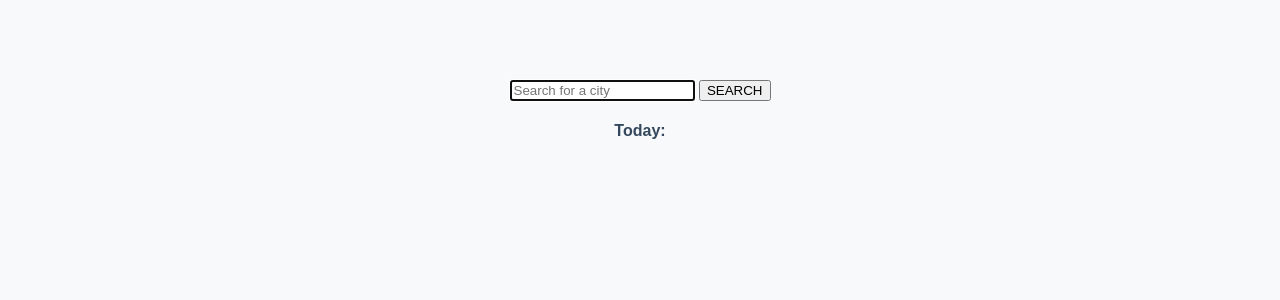
Repository: m0llyc00k/web-advanced
Page: NYC_weather_midterm/index_MC.html
The author's editor kept a record of every edit. The page is drawn from the files as they stood at one moment, then again after the next edit.
The browser window is 1280 px wide. The pictures show the whole page.
Some web fonts or font styles are not loaded; a fallback is used.

Above is the page before.

After the next edit:
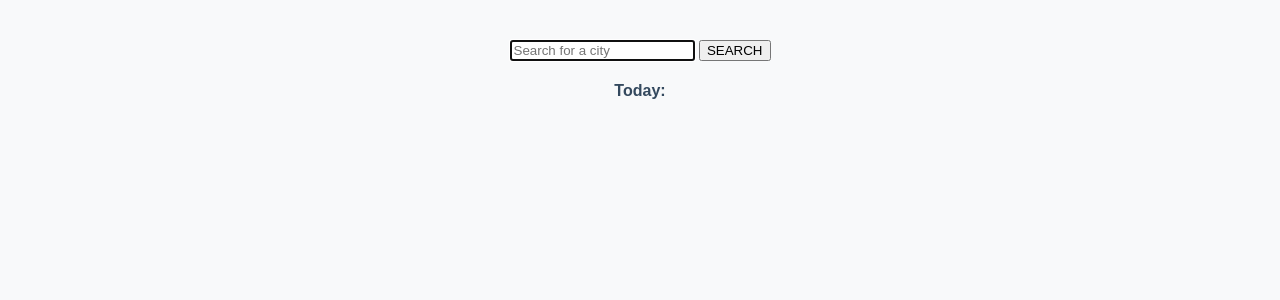
The edit:
--- a/NYC_weather_midterm/index_MC.html
+++ b/NYC_weather_midterm/index_MC.html
@@ -11,25 +11,26 @@
 
 <body>
     <div class="title"></div>
-    <h2 class="title">
-         <!--Weather: 30 Day Forecast-->
-    </h2>
+    <!--<h2 class="title">-->
+    <!--Weather: 30 Day Forecast-->
+    <!--</h2>-->
 
-        <section class="top-banner">
-            <div class="container">
-                <form>
-                    <input type="text" placeholder="Search for a city" autofocus>
-                    <button type="submit">SEARCH</button>
-                    <span class="msg"></span>
-                </form>
-            </div>
-        </section>
-        <!--<section class="ajax-section">-->
-        <!--    <div class="container">-->
-        <!--        <ul class="cities"></ul>-->
-        <!--    </div>-->
-        <!--</section>-->
-    </div>
+
+    <section class="top-banner">
+        <div class="container">
+            <form>
+                <input type="text" placeholder="Search for a city" autofocus>
+                <button type="submit">SEARCH</button>
+                <span class="msg"></span>
+            </form>
+        </div>
+    </section>
+    <!--<section class="ajax-section">-->
+    <!--    <div class="container">-->
+    <!--        <ul class="cities"></ul>-->
+    <!--    </div>-->
+    <!--</section>-->
+
     <h4>Today:</h4>
     <br><br><br>
     <div id="wrapper" class="wrapper">
